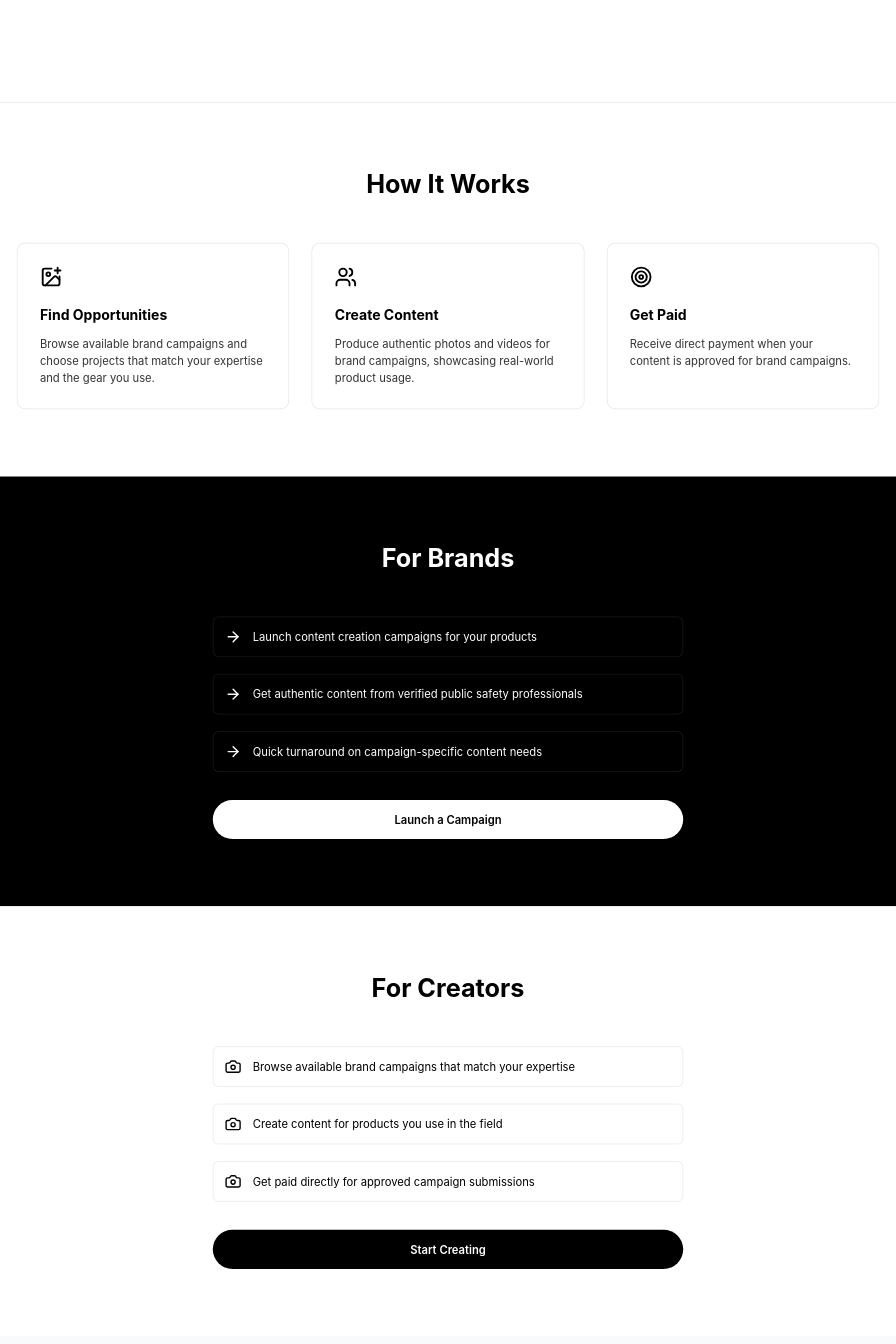
Repository: justmatt20/first-due-social
Page: /
These files come from the project's save history. The page is drawn as it stood at one moment and after the next save; the edit follows.
The browser window is 1280 px wide. The pictures show the part of the page from y = 574 to 2494 px (the page is 3361 px tall before and 3477 px after), at 70% of full size.
The project was rebuilt for these pictures with package versions that can differ from the ones it lists, and the page was loaded fresh each time. Also part of the build but not shown: src/pages/Blog.jsx.

Above is the page before, as saved 2025-01-20 11:00:59.

After the next save:
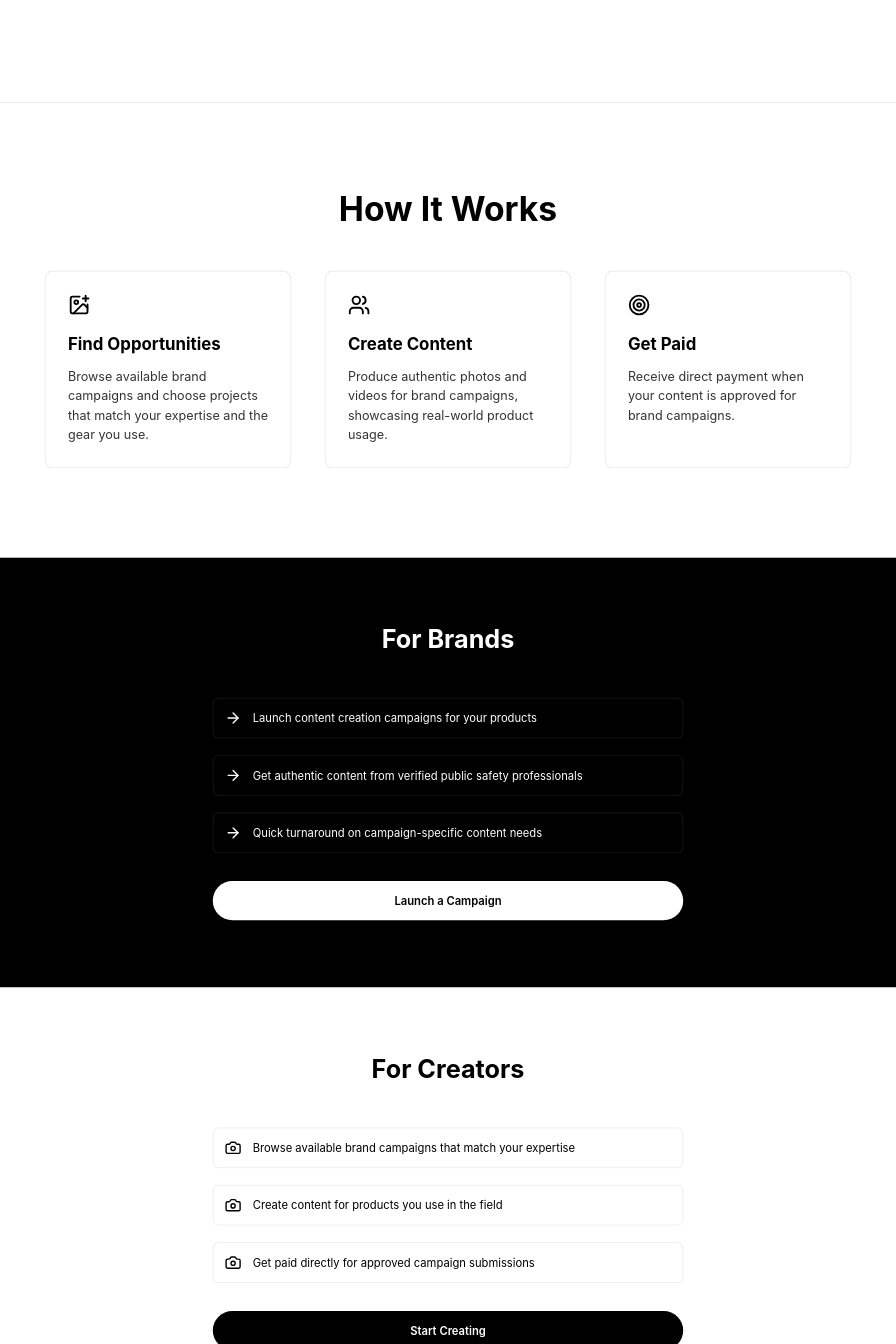
Saved 53 s later.
--- a/src/components/home/ServicesSection.jsx
+++ b/src/components/home/ServicesSection.jsx
@@ -1,3 +1,4 @@
+// src/components/home/ServicesSection.jsx
 import React from "react";
 import { ImagePlus, Users, Target } from "lucide-react";
 
@@ -24,22 +25,24 @@ export const ServicesSection = () => {
   ];
 
   return (
-    <section className="py-24 bg-white border-t border-black/10">
-      <div className="container mx-auto px-6">
-        <h2 className="text-4xl font-bold text-center mb-16 text-black">
+    <section className="py-16 md:py-24 lg:py-32 bg-white border-t border-black/10">
+      <div className="container max-w-7xl mx-auto px-4 sm:px-6 lg:px-8">
+        <h2 className="text-3xl md:text-4xl lg:text-5xl font-bold text-center mb-12 lg:mb-16 text-black">
           How It Works
         </h2>
-        <div className="grid md:grid-cols-3 gap-8">
+        <div className="grid md:grid-cols-3 gap-6 lg:gap-12 max-w-6xl mx-auto">
           {services.map((service, index) => (
             <div
               key={index}
-              className="bg-white rounded-xl p-8 transition-all duration-200 hover:-translate-y-1 hover:shadow-lg border border-black/10"
+              className="bg-white rounded-xl p-6 lg:p-8 transition-all duration-200 hover:-translate-y-1 hover:shadow-lg border border-black/10"
             >
               <div className="mb-6 text-black">{service.icon}</div>
-              <h3 className="text-xl font-bold mb-4 text-black">
+              <h3 className="text-xl lg:text-2xl font-bold mb-4 text-black">
                 {service.title}
               </h3>
-              <p className="text-black/80">{service.description}</p>
+              <p className="text-base lg:text-lg text-black/80">
+                {service.description}
+              </p>
             </div>
           ))}
         </div>
